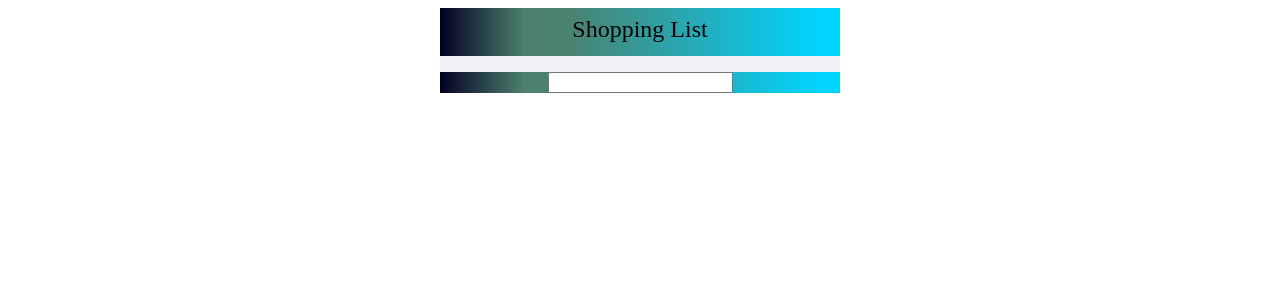
Repository: woojinShim/Browser-Study
Page: shopping/index.html
These files come from the project's save history. The page is drawn as it stood at one moment and after the next save; the edit follows.
The browser window is 1280 px wide. The pictures show the whole page.

Above is the page before, as saved 2022-02-06 20:54:00.

### shopping/index.html
<!DOCTYPE html>
<html lang="en">
<head>
    <meta charset="UTF-8">
    <meta http-equiv="X-UA-Compatible" content="IE=edge">
    <meta name="viewport" content="width=device-width, initial-scale=1.0">
    <title>Document</title>
    <script src="main.js" defer></script>
    <link rel="stylesheet" href="style.css">
</head>
<body>
    <section class="list">
        <header class="header">Shopping List</header>
        <ul class="items"></ul>
        <footer class="footer">
            <input type="text" class="footer__input">
        </footer>
    </section>
</body>
</html>

### shopping/style.css
* {
  box-sizing: border-box;
}

ul {
  padding: 0;
}

body {
  background-color: ced3df;
  text-align: center;
}

.list {
  width: 400px;
  margin: auto;
  background-color: #f1f0f7;
  border-radius: 20px;
}

.header {
  height: 48px;
  padding: 8px;
  font-size: 24px;
  background: rgb(2, 0, 36);
  background: linear-gradient(
    90deg,
    rgba(2, 0, 36, 1) 0%,
    rgba(77, 128, 109, 1) 21%,
    rgba(74, 131, 114, 1) 33%,
    rgba(0, 212, 255, 1) 95%
  );
}

.footer {
  background: rgb(2, 0, 36);
  background: linear-gradient(
    90deg,
    rgba(2, 0, 36, 1) 0%,
    rgba(77, 128, 109, 1) 21%,
    rgba(74, 131, 114, 1) 33%,
    rgba(0, 212, 255, 1) 95%
  );
}

Loaded but not shown: shopping/main.js (no stored copy; drawn as an empty file)

After the next save:
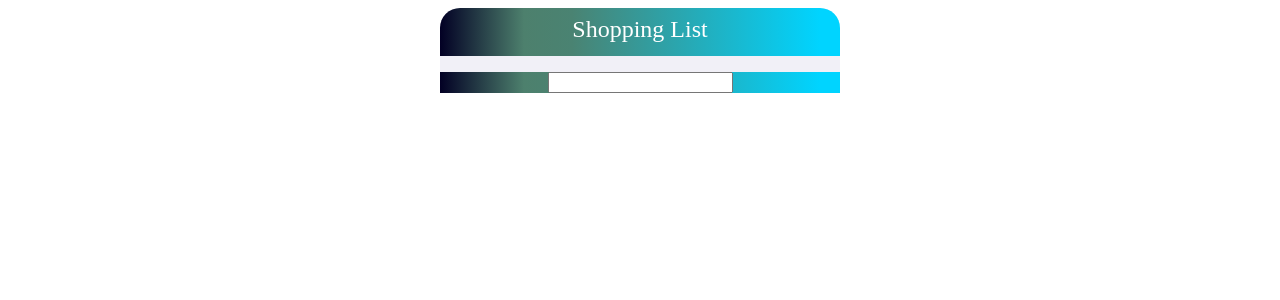
Saved 3 min 14 s later.
--- a/shopping/style.css
+++ b/shopping/style.css
@@ -30,6 +30,8 @@ body {
     rgba(74, 131, 114, 1) 33%,
     rgba(0, 212, 255, 1) 95%
   );
+  border-radius: 20px 20px 0 0;
+  color: white;
 }
 
 .footer {
